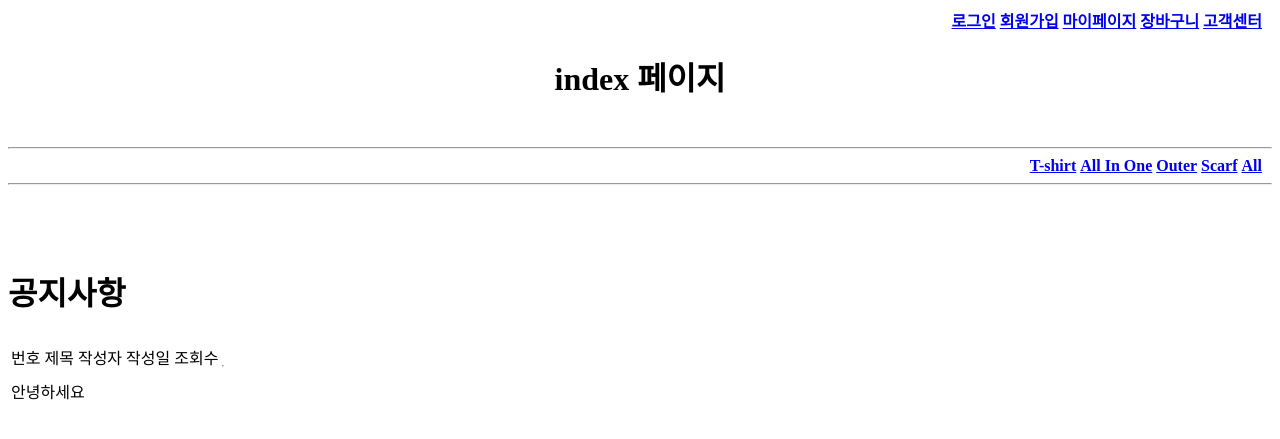
Repository: leeseungho1994/shopping
Page: http://localhost/shopping/WEB-INF/views/center/notice.jsp
These files come from the project's save history. The page is drawn as it stood at one moment and after the next save; the edit follows.
The browser window is 1280 px wide. The pictures show the whole page.
The page is served by Tomcat 9. Nobody is signed in. The template is opened directly, without the code that normally fills it, so the values that code supplies are empty.

Above is the page before, as saved 2020-12-10 14:24:58.

After the next save:
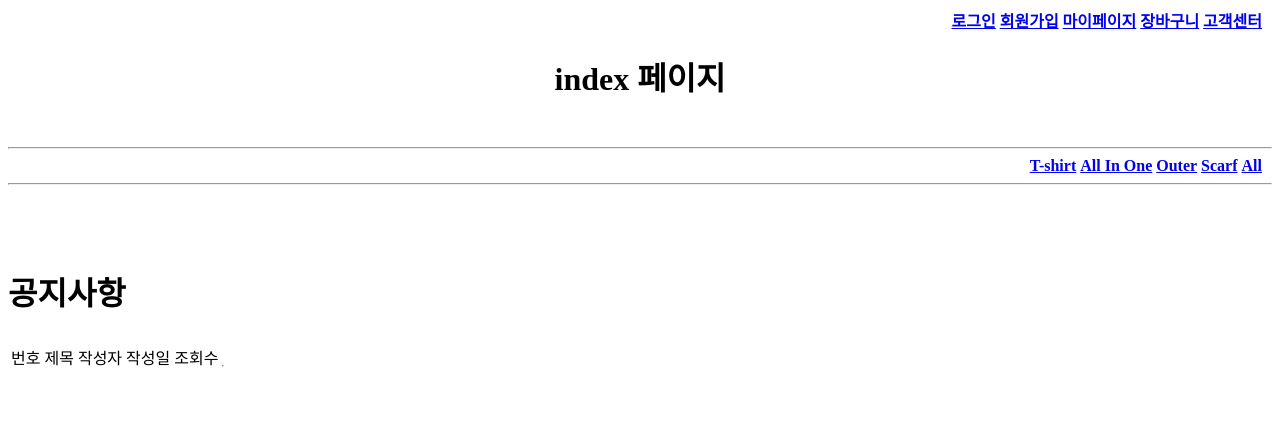
Saved 7 s later.
--- a/shopping/src/main/webapp/WEB-INF/views/center/notice.jsp
+++ b/shopping/src/main/webapp/WEB-INF/views/center/notice.jsp
@@ -17,9 +17,6 @@
 		<br><hr>
 		</td>
 	</tr>
-	<tr>
-		<td colspan="5">안녕하세요</td>
-	</tr>
 </table>
 </body>
 </html>
